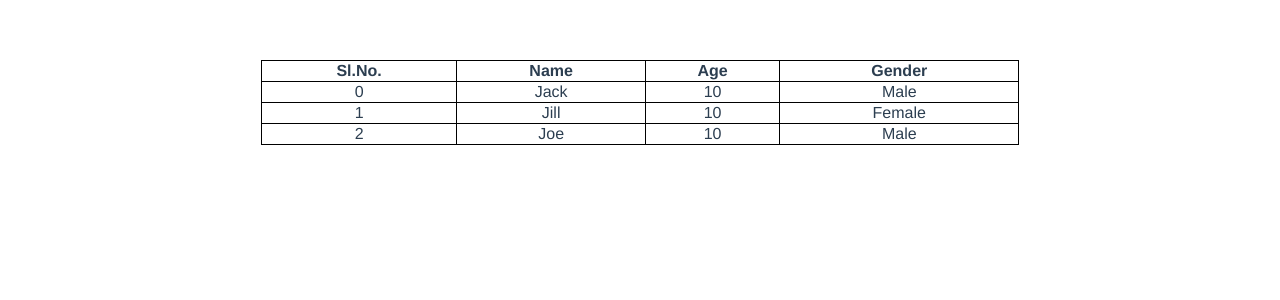
Repository: tysonpaul89/vue-student-crud
Page: /
An editor plug-in stored every save of this project. The page is shown before and after the next save, followed by the edit.
The browser window is 1280 px wide. The pictures show the whole page.
The project was rebuilt for these pictures with package versions that can differ from the ones it lists, and the page was loaded fresh each time.

Above is the page before, as saved 2020-04-10 17:19:29.

After the next save:
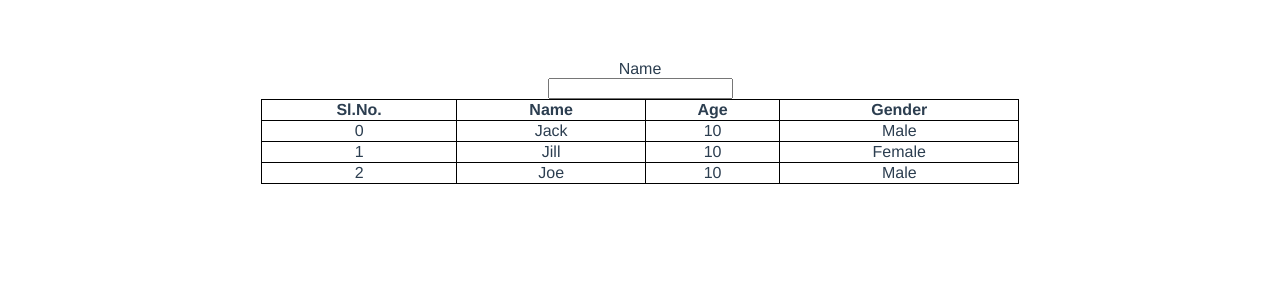
Saved 17 s later.
--- a/src/App.vue
+++ b/src/App.vue
@@ -1,5 +1,6 @@
 <template>
   <div id="app">
+    <StudentForm />
     <StudentListng :studentArray="students" />
   </div>
 </template>
@@ -11,7 +12,8 @@ import StudentForm from './components/StudentForm.vue';
 export default {
   name: 'App',
   components: {
-    StudentListng
+    StudentListng,
+    StudentForm
   },
   data() {
     return {
